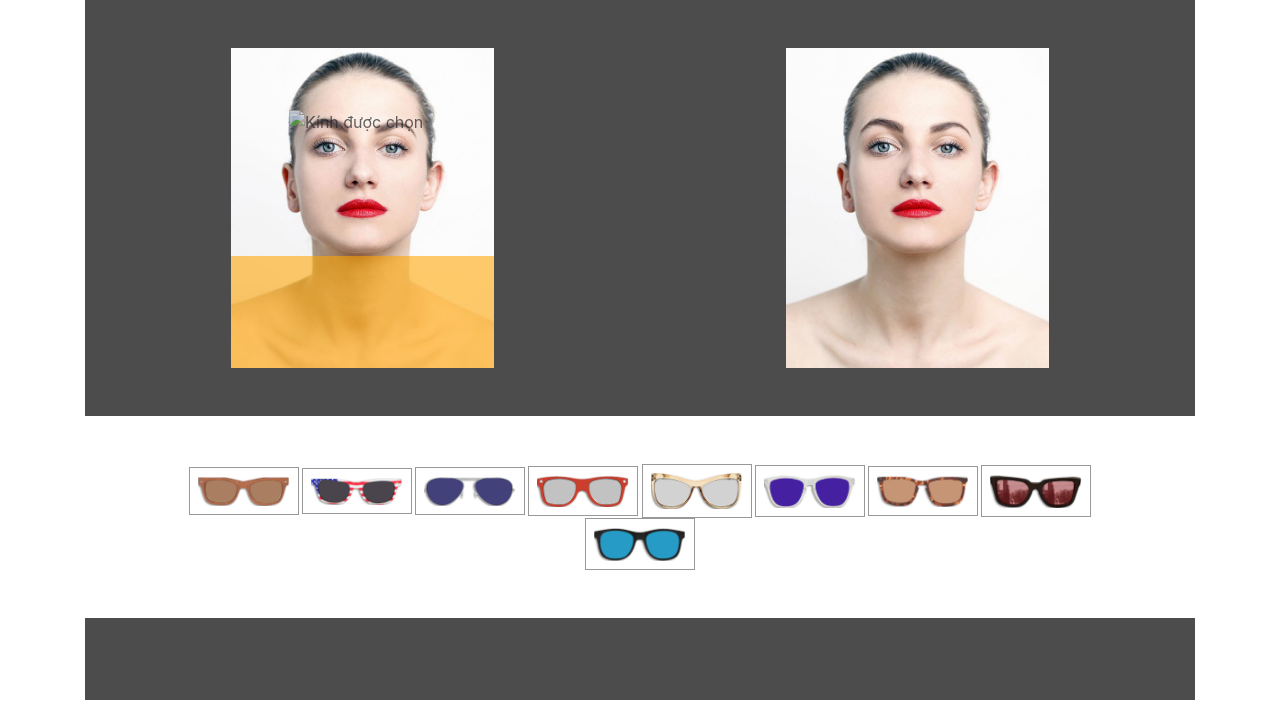
Repository: ducdatit2002/reactjs-try-glasses
Page: /
The author's editor kept a copy of each file at every save. The page is drawn from the files as they stood at one save, then again after the next save.
The browser window is 1280 px wide. The pictures show the whole page.
The project was rebuilt for these pictures with package versions that can differ from the ones it lists, and the page was loaded fresh each time. Also part of the build but not shown: src/App.css.

Above is the page before, as saved 2023-10-24 19:23:19.

After the next save:
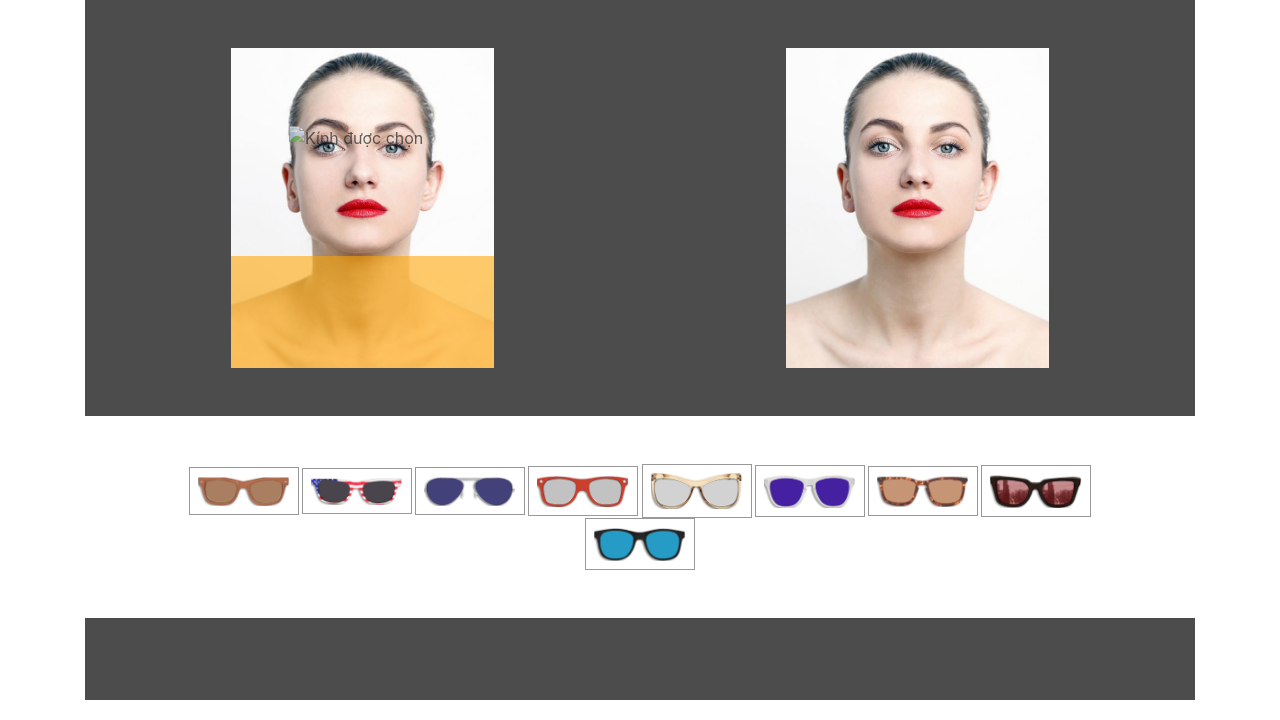
Saved 25 s later.
--- a/src/GlassState/GlassState.css
+++ b/src/GlassState/GlassState.css
@@ -18,7 +18,7 @@
 .tryGlasses {
     position: absolute;
     left: 36%;
-    top: 19%;
+    top: 24%;
 }
 .content {
     position: absolute;
